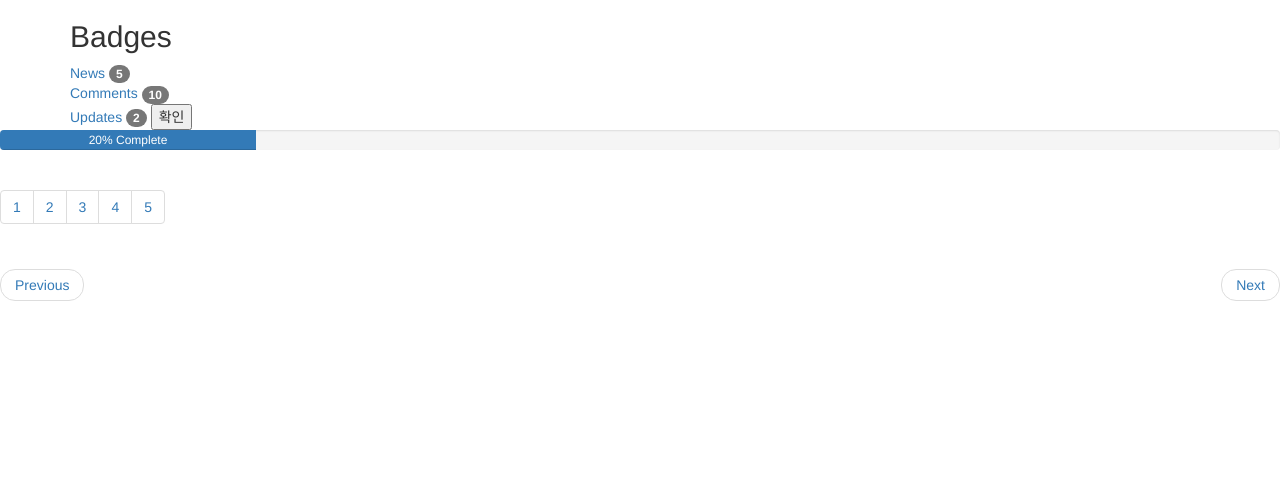
Repository: IreneCho/sk
Page: jqmTest/WebContent/day16/j.html
The author's editor kept a copy of each file at every save. The page is drawn from the files as they stood at one save, then again after the next save.
The browser window is 1280 px wide. The pictures show the whole page.

Above is the page before, as saved 2016-08-19 01:21:11.

### jqmTest/WebContent/day16/j.html
<!DOCTYPE html>
<html lang="en">
<head>
  <title>Bootstrap Example</title>
  <meta charset="utf-8">
  <meta name="viewport" content="width=device-width, initial-scale=1">
  <link rel="stylesheet" href="http://maxcdn.bootstrapcdn.com/bootstrap/3.3.7/css/bootstrap.min.css">
  <script src="https://ajax.googleapis.com/ajax/libs/jquery/1.12.4/jquery.min.js"></script>
  <script src="http://maxcdn.bootstrapcdn.com/bootstrap/3.3.7/js/bootstrap.min.js"></script>
</head>
<body>

<div class="container">
  <h2>Badges</h2>
  <a href="#">News <span class="badge" id="my">5</span></a><br>
  <a href="#">Comments <span class="badge">10</span></a><br>
  <a href="#">Updates <span class="badge">2</span></a>
  <button onclick="fn()">확인</button>
</div>

<div class="progress">
  <div class="progress-bar" role="progressbar" aria-valuenow="70"
  aria-valuemin="0" aria-valuemax="100" style="width:20%">
    <span>20% Complete</span>
  </div>
</div>

<ul class="pagination">
  <li><a href="#">1</a></li>
  <li><a href="#">2</a></li>
  <li><a href="#">3</a></li>
  <li><a href="#">4</a></li>
  <li><a href="#">5</a></li>
</ul>

<ul class="pager">
  <li class="previous"><a href="#">Previous</a></li>
  <li class="next"><a href="#">Next</a></li>
</ul>

<script>
	function fn() {
	//	$('a:first > span').text('6')
		$('#my').text('6')
		$('.progress-bar').css('width','80%').text("80% complete")
	}
</script>



</body>
</html>

After the next save:
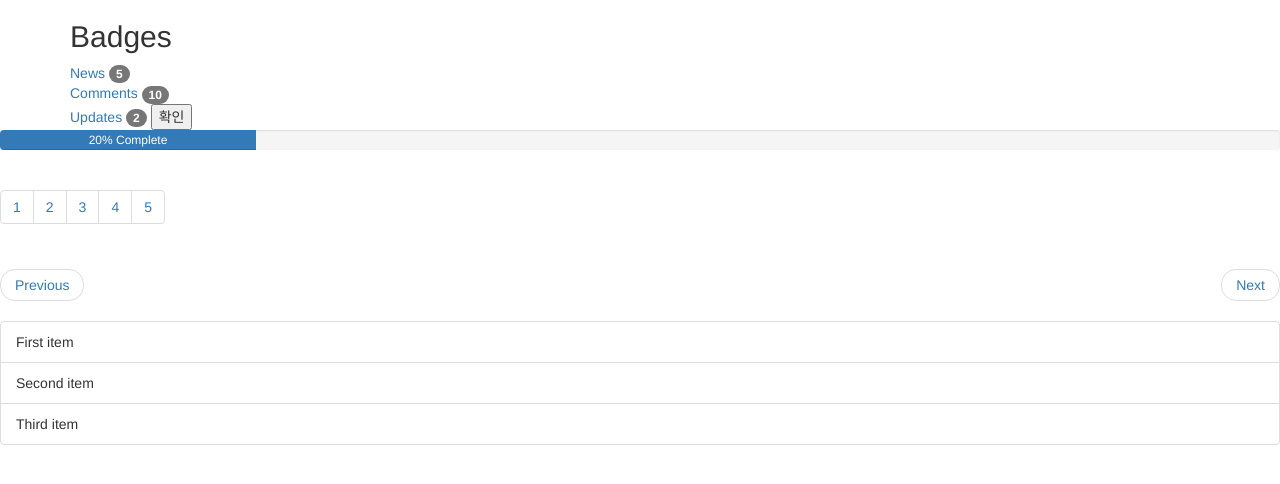
Saved 46 s later.
--- a/jqmTest/WebContent/day16/j.html
+++ b/jqmTest/WebContent/day16/j.html
@@ -38,6 +38,13 @@
   <li class="next"><a href="#">Next</a></li>
 </ul>
 
+
+<ul class="list-group">
+  <li class="list-group-item">First item</li>
+  <li class="list-group-item">Second item</li>
+  <li class="list-group-item">Third item</li>
+</ul>
+
 <script>
 	function fn() {
 	//	$('a:first > span').text('6')
